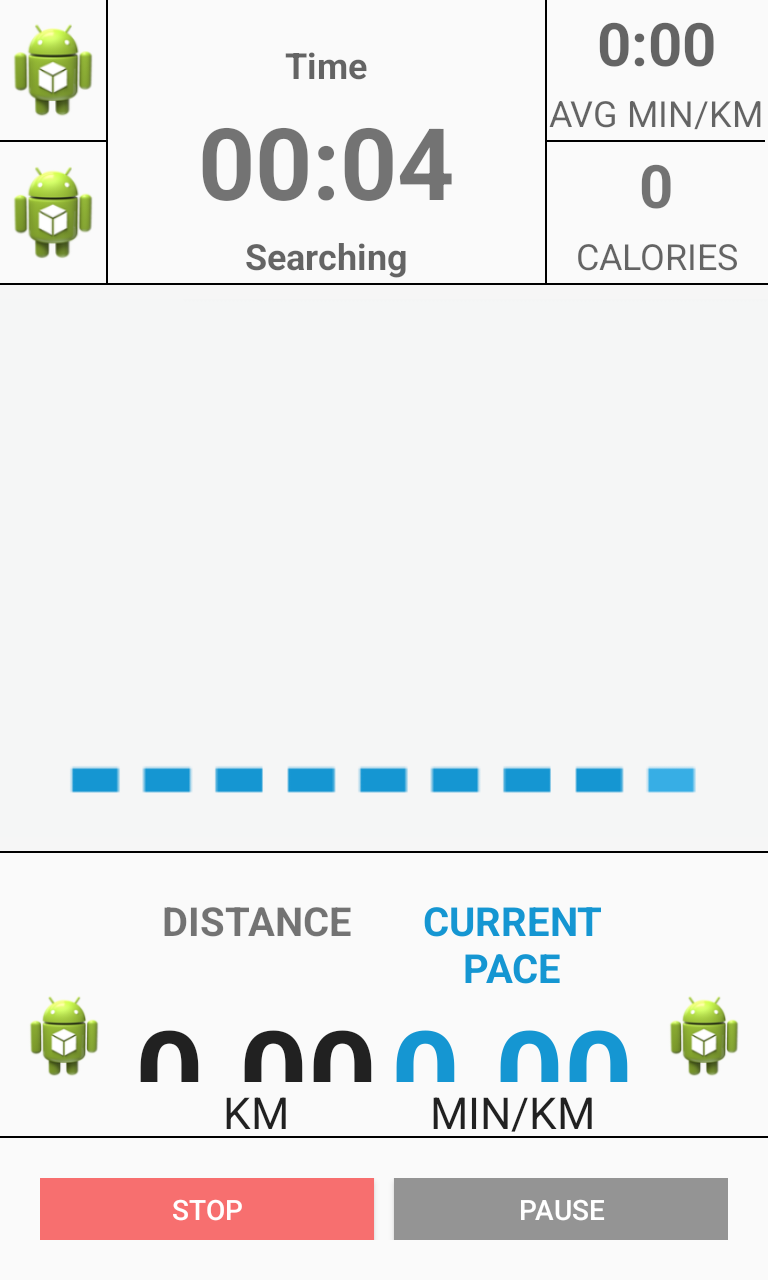
Repository: RibuRoyson/exercise
Layout: layout3/res/layout/activity_main.xml
An editor plug-in stored every save of this project. The layout is shown before and after the next save, followed by the edit.
It is drawn on a 768 x 1280 px phone screen (xhdpi) without system bars, with theme AppTheme; the app's code is not run.

Above is the layout before, as saved 2015-02-18 06:20:25.

After the next save:
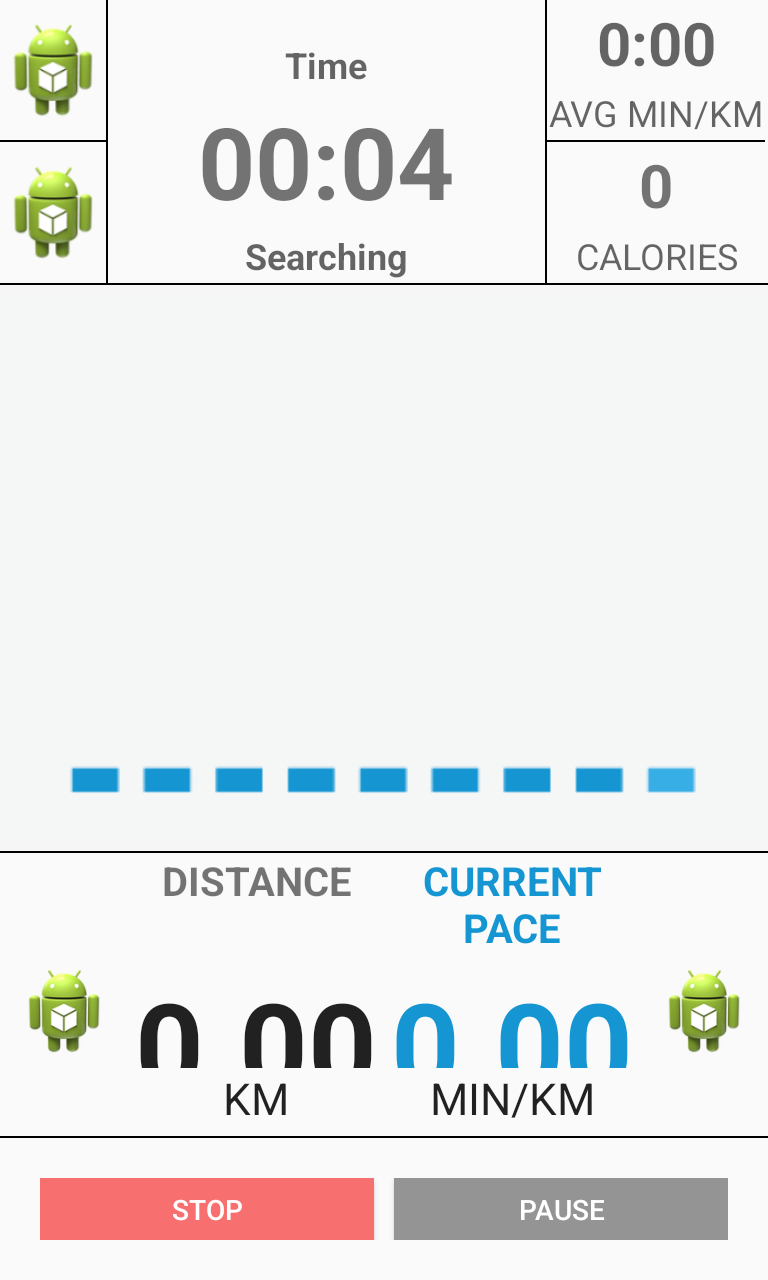
Saved 31 s later.
--- a/layout3/res/layout/activity_main.xml
+++ b/layout3/res/layout/activity_main.xml
@@ -195,7 +195,7 @@
                 android:layout_weight="1.0"
                 android:gravity="center"
                 android:text="DISTANCE"
-                android:layout_marginTop="20dp"
+
                 android:textStyle="bold"
                 android:textSize="20sp" />
 
@@ -206,7 +206,7 @@
                 android:layout_weight="1.0"
                 android:gravity="center"
                 android:text="CURRENT PACE"
-                  android:layout_marginTop="20dp"
+
                    android:textStyle="bold"
                android:textSize="20sp"
                 android:textColor="#1596D2" />
